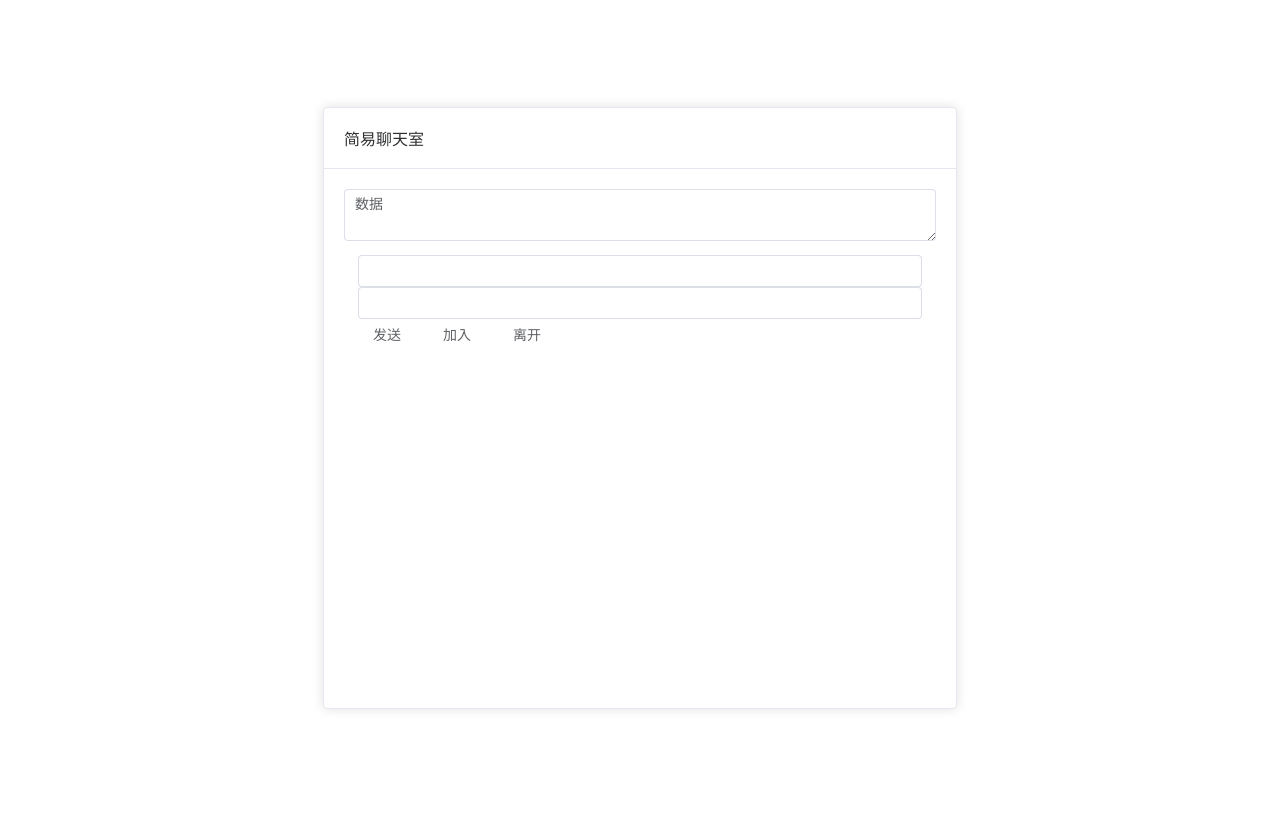
Repository: qs991/Elephant
Page: / (app in WebSocketApI/Web/websocketroom/)
The author's editor kept a copy of each file at every save. The page is drawn from the files as they stood at one save, then again after a run of saves.
The browser window is 1280 px wide. The pictures show the whole page.
The page's requests for data from a server got no answer. The project was rebuilt for these pictures with package versions that can differ from the ones it lists, and the page was loaded fresh each time. No one was signed in, and anything a server would have sent is missing. Also part of the build but not shown: WebSocketApI/Web/websocketroom/vite.config.js.

Above is the page before, as saved 2023-08-25 15:54:35.

### WebSocketApI/Web/websocketroom/src/App.vue
<template>
  <div class="mainDiv">
    <el-card class="box-card">
      <template #header>
        <div class="card-header">
          <span>简易聊天室</span>
        </div>
      </template>
      <el-input v-model="msg" type="textarea" />
      <div style="padding: 14px">
        <div class="bottom">
          <el-input v-model="NickName" />
          <el-input v-model="roomNo" />
          <el-button text class="button" @click="send">发送</el-button>
          <el-button text class="button" @click="join">加入</el-button>
          <el-button text class="button" @click="leave">离开</el-button>
        </div>
      </div>
    </el-card>
  </div>
</template>
<script>
import { reactive, toRefs } from "vue";

export default {
  setup() {
    const state = reactive({
      msg: "数据",
      roomNo: "",
      NickName: "",
      message: "",
    });
    const server = "ws://localhost:5137";
    const WEB_SOCKET = new WebSocket(server + "/ws");
    WEB_SOCKET.onopen = (evt) => {
      console.log("Connection open ...");
      state.msg = "websocket connection opened .";
    };
    WEB_SOCKET.onmessage = (evt) => {
      console.log("Received Message: " + evt.data);
      if (evt.data) {
        state.msg = state.msg + "\r\n" + evt.data;
      }
    };
    WEB_SOCKET.onclose = (evt) => {
      console.log("Connection closed.");
    };
    const join = () => {
      if (state.roomNo) {
        var msg = {
          action: "join",
          msg: state.roomNo,
          nick: state.NickName,
        };
        WEB_SOCKET.send(JSON.stringify(msg));
      }
    };
    const send = () => {
      if (state.message) {
        WEB_SOCKET.send(
          JSON.stringify({
            action: "send",
            msg: state.message,
            nick: state.NickName,
          })
        );
      }
    };
    const leave = () => {
      var msg = {
        action: "leave",
        msg: "",
        nick: state.NickName,
      };
      WEB_SOCKET.send(JSON.stringify(msg));
    };
    return {
      ...toRefs(state),
      leave,
      send,
      join,
    };
  },
};
</script>


<style>
.text {
  font-size: 14px;
}

.item {
  margin-bottom: 18px;
}

.box-card {
  width: 50%;
  height: 600px;
}
.mainDiv {
  width: 100%;
  height: 800px;
  display: flex;
  align-items: center;
  justify-content: center;
}
</style>

Loaded but not shown: WebSocketApI/Web/websocketroom/index.html (common file); WebSocketApI/Web/websocketroom/src/main.js (common file)

After the next 3 saves:
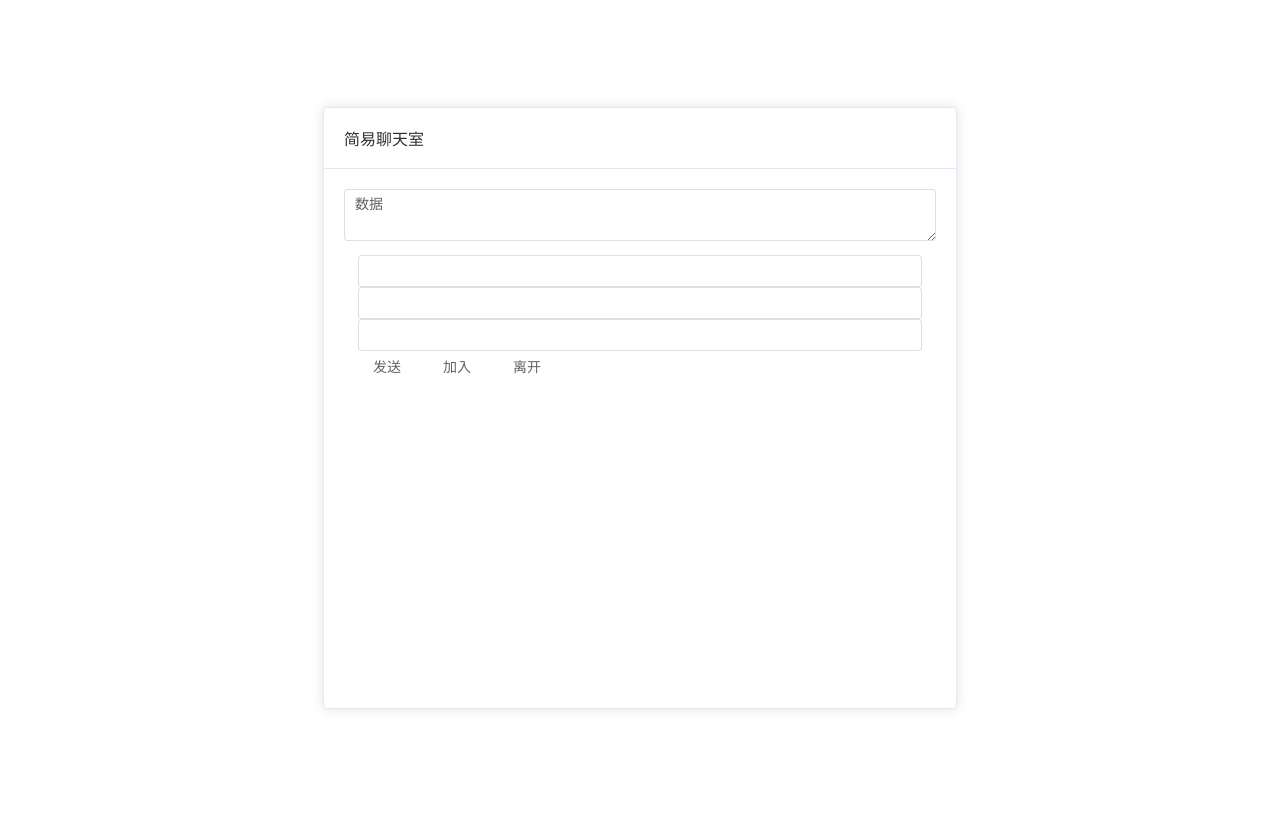
The 3 saves are shown as one change because they came seconds apart.
The last was saved 27 s later.
--- a/WebSocketApI/Web/websocketroom/src/App.vue
+++ b/WebSocketApI/Web/websocketroom/src/App.vue
@@ -11,6 +11,7 @@
         <div class="bottom">
           <el-input v-model="NickName" />
           <el-input v-model="roomNo" />
+          <el-input v-model="message" />
           <el-button text class="button" @click="send">发送</el-button>
           <el-button text class="button" @click="join">加入</el-button>
           <el-button text class="button" @click="leave">离开</el-button>
